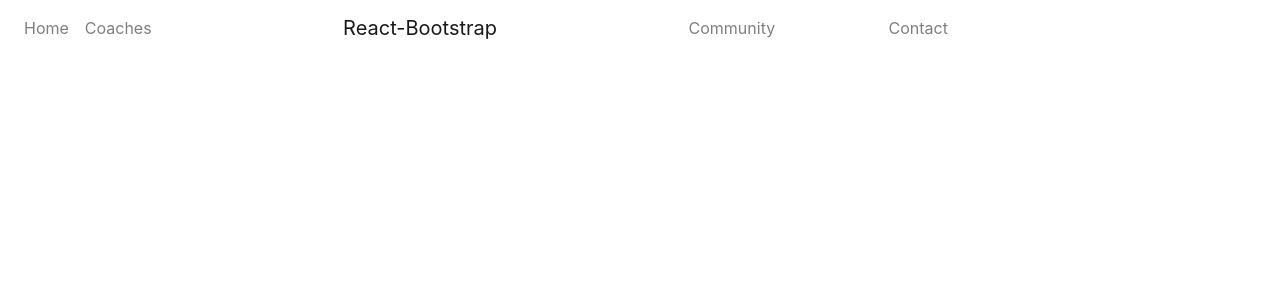
Repository: rihemebh/PersoCoach-Back
Page: / (app in persocoach/persocoach-front/)
These files come from the project's save history. The page is drawn as it stood at one moment and after a run of saves; the edit follows.
The browser window is 1280 px wide. The pictures show the whole page.
The project was rebuilt for these pictures with package versions that can differ from the ones it lists, and the page was loaded fresh each time.

Above is the page before, as saved 2021-04-18 01:09:30.

After the next 3 saves:
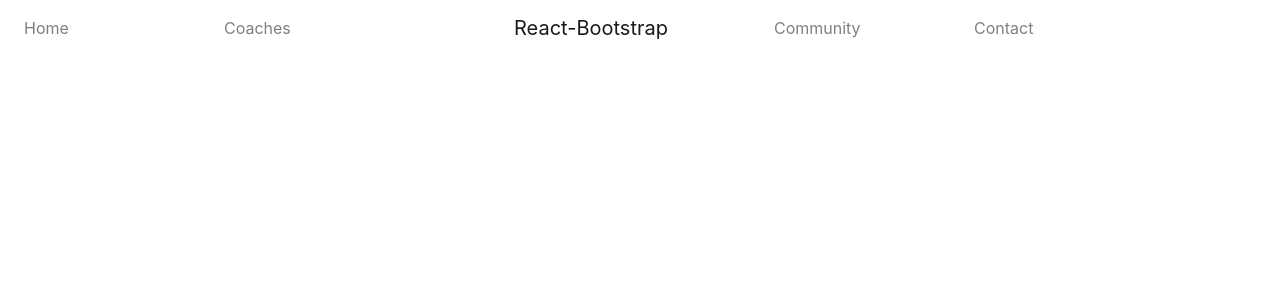
The 3 saves are shown as one change because they came seconds apart.
The last was saved 8 s later.
--- a/persocoach/persocoach-front/src/Mynavbar.js
+++ b/persocoach/persocoach-front/src/Mynavbar.js
@@ -10,8 +10,8 @@
       <Navbar.Toggle aria-controls="basic-navbar-nav" />
       <Navbar.Collapse >
         <Nav className="mr-auto">
-          <Nav.Link href="#home">Home</Nav.Link>
-          <Nav.Link href="#link">Coaches</Nav.Link>
+          <Nav.Link href="#home" style={{width: "200px" }}>Home</Nav.Link>
+          <Nav.Link href="#link" style={{width: "200px" }} >Coaches</Nav.Link>
         </Nav>
         <Navbar.Brand href="#home" className="mr-auto" >React-Bootstrap</Navbar.Brand>
         <Nav className="mr-auto" id="basic-navbar-nav">
